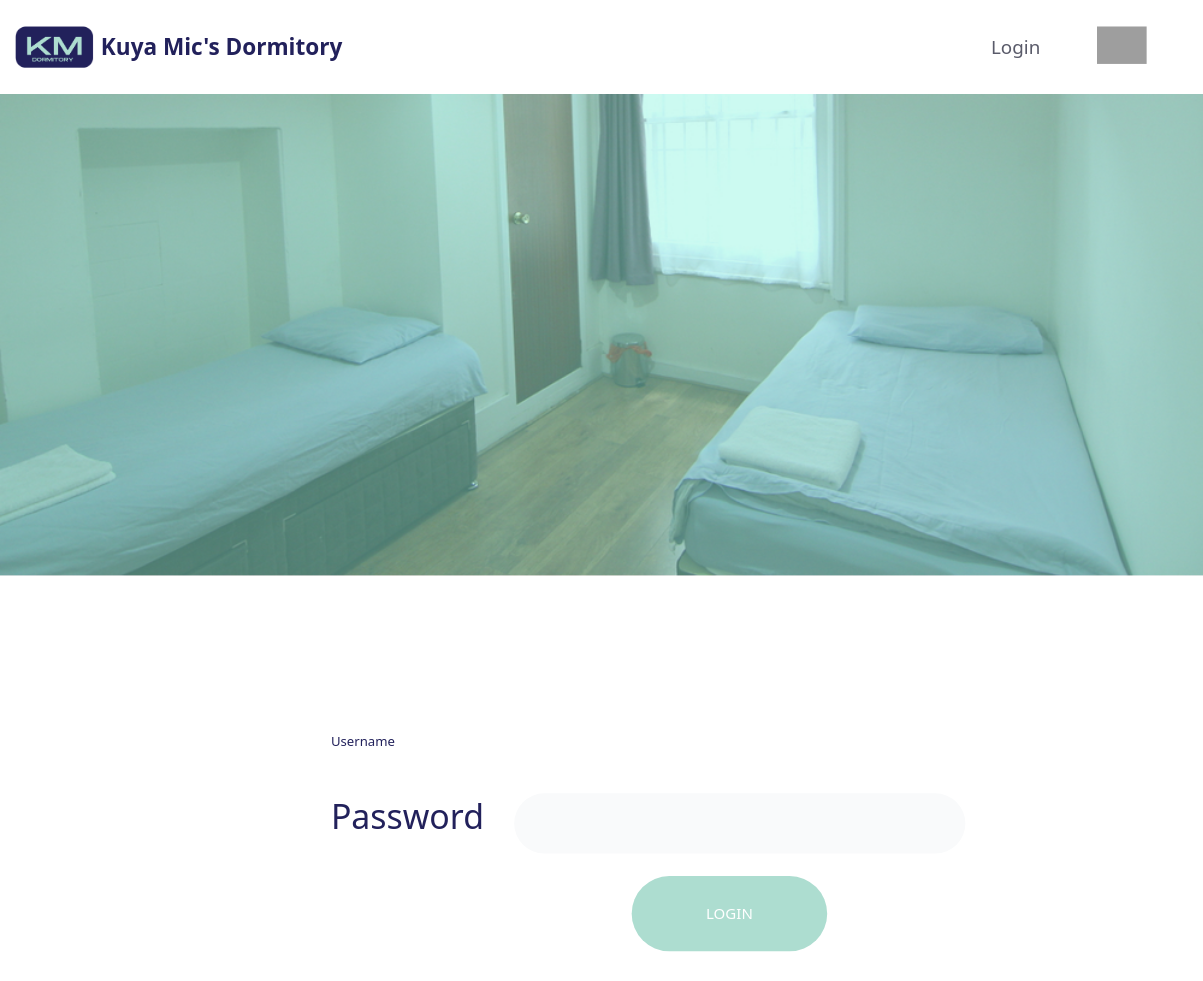
Repository: theamgri/Dormitory-Management-System
Page: login.html
An editor plug-in stored every save of this project. The page is shown before and after a run of saves, followed by the edit.
The browser window is 1280 px wide. The pictures show the whole page, at 94% of full size.
Pictures or frames that could not be fetched are drawn as grey boxes. Some web libraries are served in a nearby version.

Above is the page before, as saved 2022-12-06 09:30:43.

After the next 2 saves:
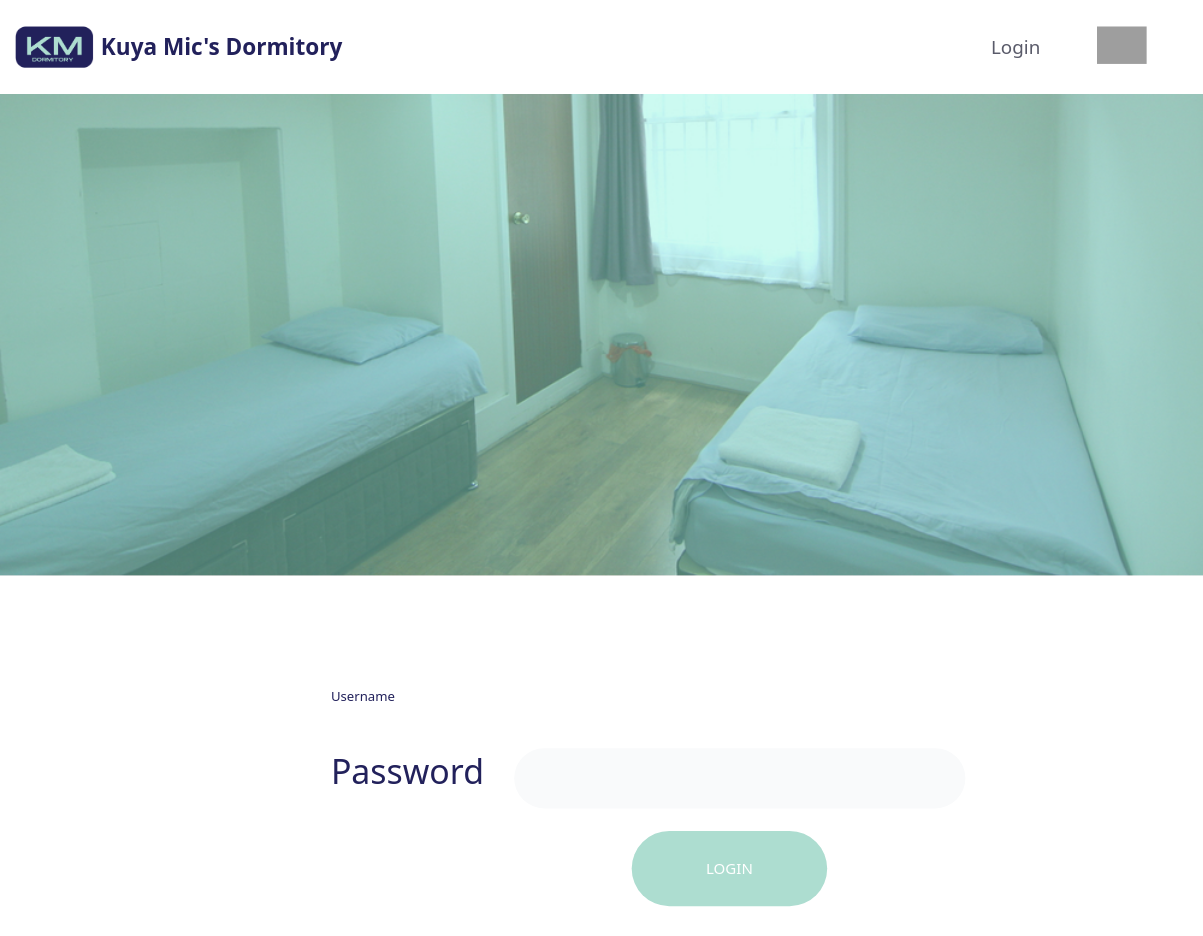
The 2 saves are shown as one change because they came seconds apart.
The last was saved 5 s later.
--- a/login.html
+++ b/login.html
@@ -42,7 +42,7 @@
         </div>
     </div>
 
-        <div class="sm:items-center space-y-4 md:space-y-6 sm:p-8 sm:px-3" style="padding-top: 9rem; padding-left: 20rem">
+        <div class="sm:items-center space-y-4 md:space-y-6 sm:p-8 sm:px-3" style="padding-top: 6rem; padding-left: 20rem">
 
                 <div>
                     <label for="email" class="inline-block text-4xl text-sm font-medium text-gray-900" style="color: #22215B; padding-left: 2rem;">Username</label>
